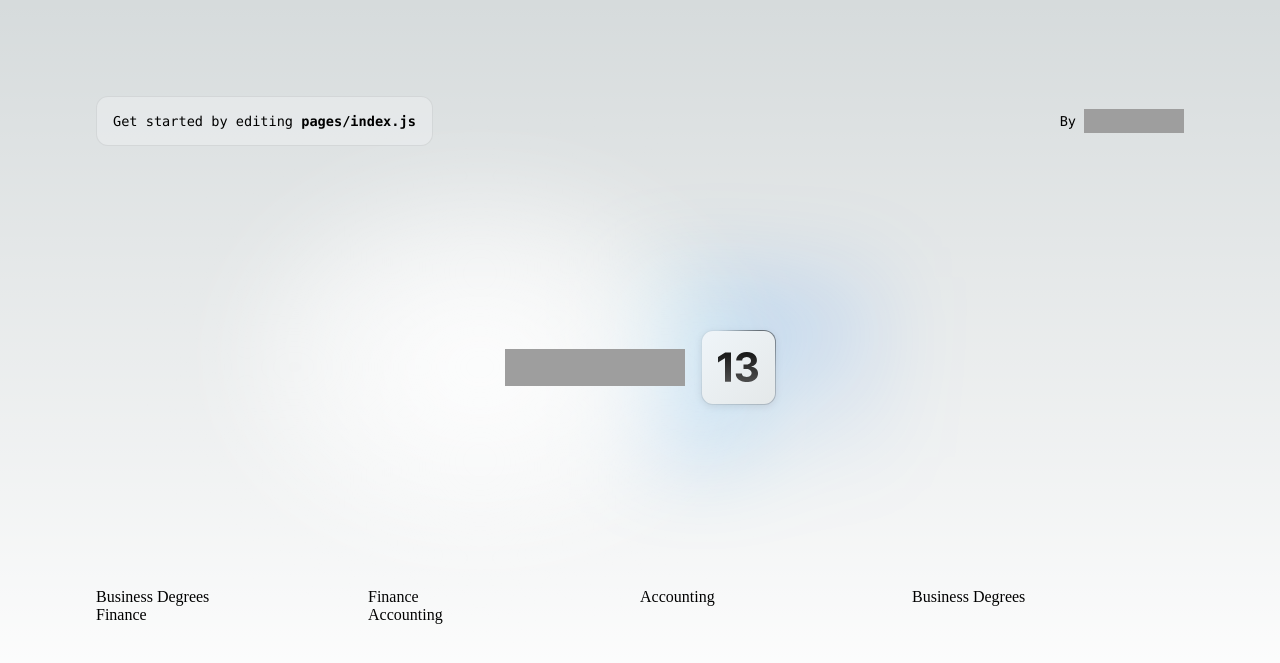
Repository: TeoEstrada9/Week-3-example
Page: /
The author's editor kept a copy of each file at every save. The page is drawn from the files as they stood at one save, then again after the next save.
The browser window is 1280 px wide. The pictures show the whole page.
Pictures or frames that could not be fetched are drawn as grey boxes. The project was rebuilt for these pictures with package versions that can differ from the ones it lists, and the page was loaded fresh each time. The framework's server and built-in components were replaced by stand-ins that run in the browser. Also part of the build but not shown: next.config.js.

Above is the page before, as saved 2023-01-16 10:52:37.

After the next save:
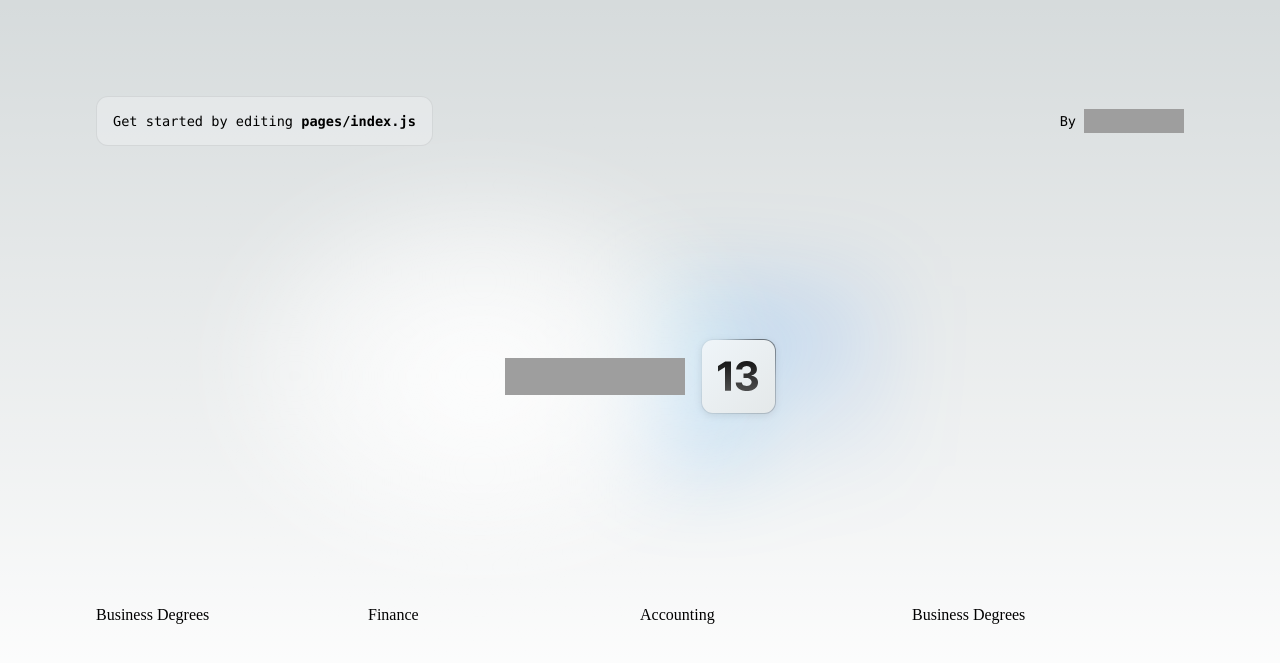
Saved 4 s later.
--- a/pages/index.js
+++ b/pages/index.js
@@ -79,7 +79,7 @@ export default function Home() {
 
         <div>Business Degrees</div>
           {information && information.map((info, index) => {
-            if(info.department === "Business")
+            if(info.department === "C")
             return(
               <div key={index}>{info.degree}</div>
             )
